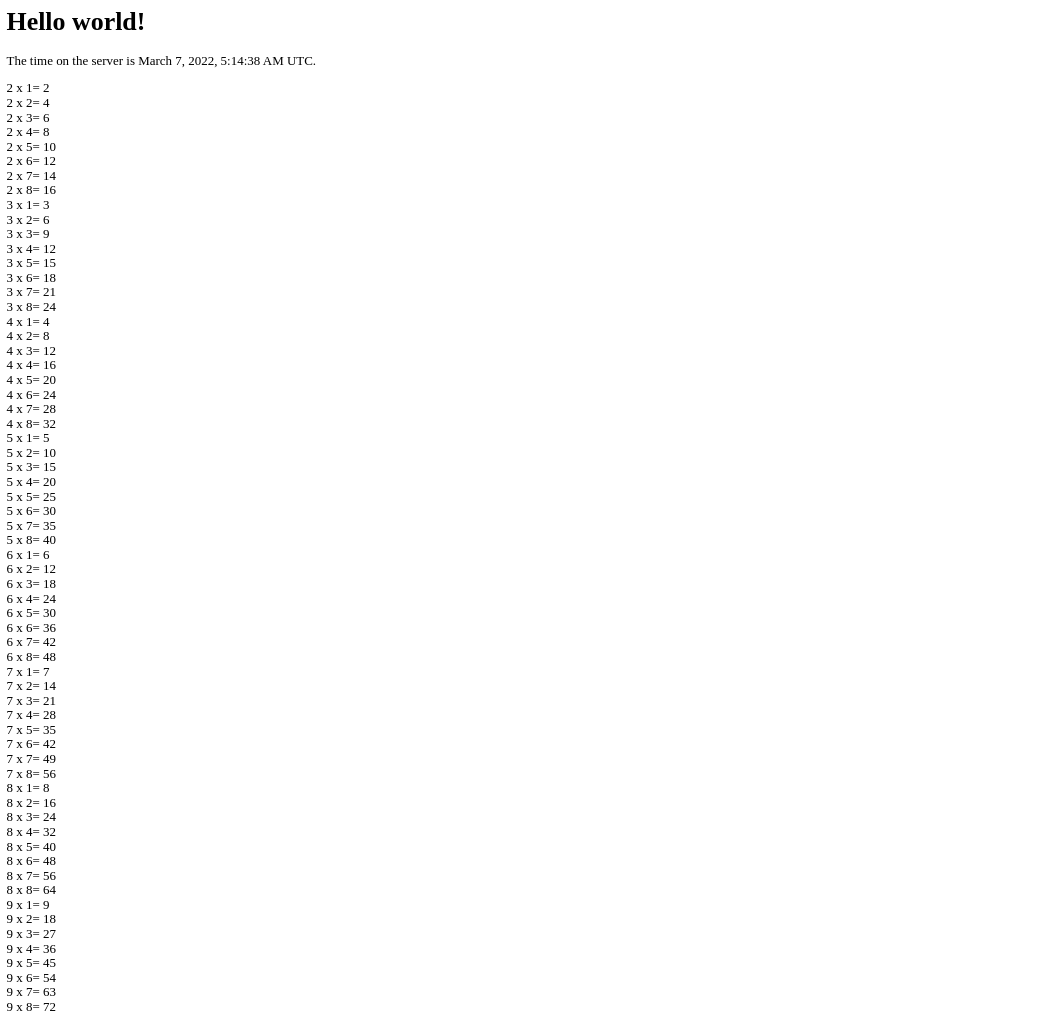
Repository: qkrgnsgml/springAtCollege
Page: http://localhost/Hello/
These files come from the project's save history. The page is drawn as it stood at one moment and after the next save; the edit follows.
The browser window is 1280 px wide. The pictures show the whole page, at 81% of full size.
The page is served by Tomcat 9. The template is opened directly, without the code that normally fills it, so the values that code supplies are empty.

Above is the page before, as saved 2022-03-07 05:17:00.

After the next save:
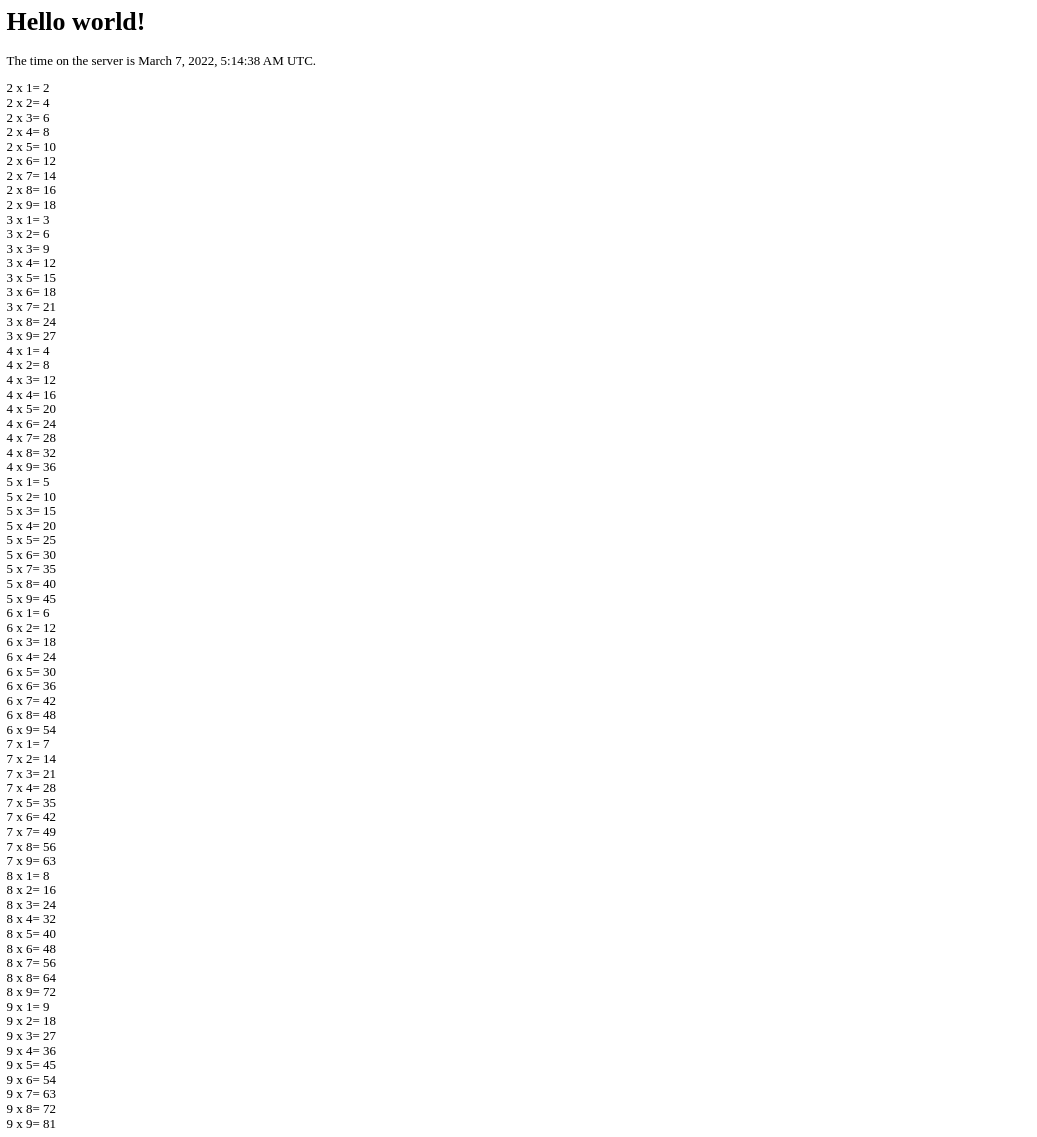
Saved 9 s later.
--- a/Hello/src/main/webapp/WEB-INF/views/home.jsp
+++ b/Hello/src/main/webapp/WEB-INF/views/home.jsp
@@ -14,7 +14,7 @@
 
 
 	for(int i =2; i<10;i++){
-		for(int j=1;j<9;j++){
+		for(int j=1;j<10;j++){
 			out.print(i+" x "+j+"= "+i*j +"<br>");
 		}
 	}
